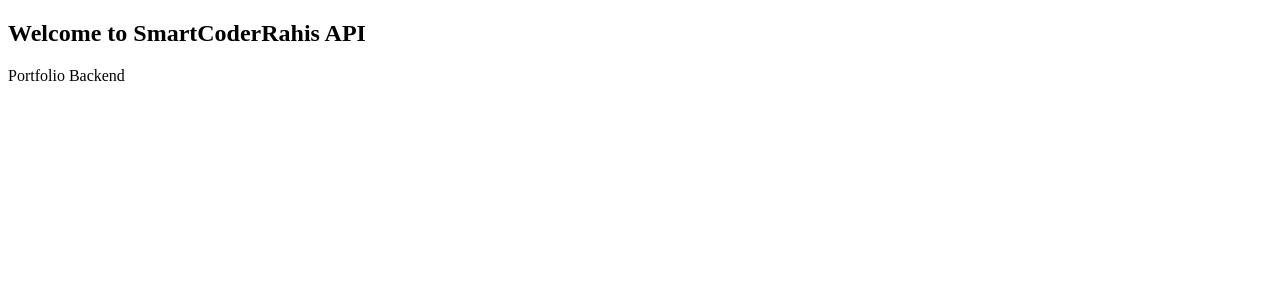
Repository: Rahis16/next_portfolio
Page: django_backend/portfolio/portfolioApp/templates/index.html
These files come from the project's save history. The page is drawn as it stood at one moment and after the next save; the edit follows.
The browser window is 1280 px wide. The pictures show the whole page.

Above is the page before, as saved 2025-06-25 13:12:26.

After the next save:
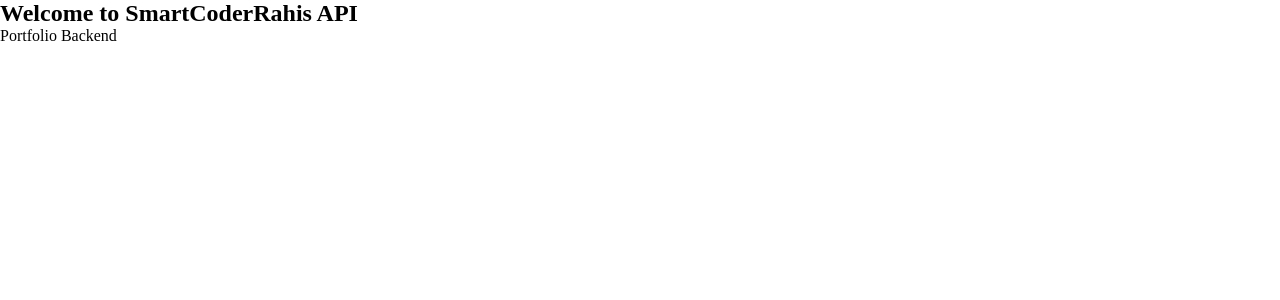
Saved 12 s later.
--- a/django_backend/portfolio/portfolioApp/templates/index.html
+++ b/django_backend/portfolio/portfolioApp/templates/index.html
@@ -5,7 +5,11 @@
     <meta name="viewport" content="width=device-width, initial-scale=1.0">
     <title>Document</title>
     <style>
-        *
+        *{
+            padding: 0;
+            margin: 0;
+            box-sizing: border-box;
+        }
     </style>
 </head>
 <body>
